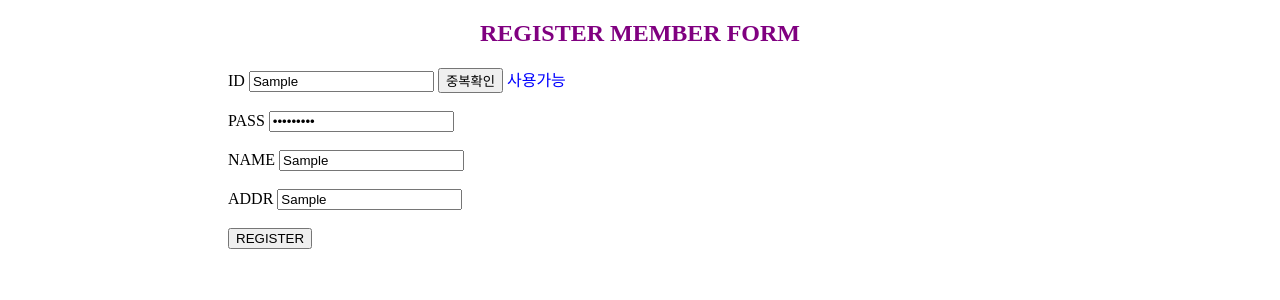
Repository: Niftrone/Kosa_Webs
Page: http://localhost/web16_CafeMember/register.jsp
An editor plug-in stored every save of this project. The page is shown before and after the next save, followed by the edit.
The browser window is 1280 px wide. The pictures show the whole page.
Empty fields were first filled with sample values (such as "Sample", 5 or name@example.com).
After loading, the first visible `#idCheck` was clicked once.
The page is served by Tomcat 9. Other server files are loaded and not shown. Queries for data that is not in the repository find no rows.

Above is the page before, as saved 2025-07-07 08:07:42.

### web16_CafeMember/src/main/webapp/register.jsp
<%@ page language="java" contentType="text/html; charset=UTF-8"
    pageEncoding="UTF-8"%>
<!DOCTYPE html>
<html>
<head>
<meta charset="UTF-8">
<title>Insert title here</title>
<style type="text/css">
	h2{
		text-align: center;
		color: purple;
	}
	#wrap{
		margin-left: 220px;
	}
</style>
<script	src="https://ajax.googleapis.com/ajax/libs/jquery/3.6.0/jquery.min.js"></script>
<script>
$(function(){
	$('#idCheck').on('click', function(){
		let userId = $('#id').val();
		$.ajax({
			// 요청
			type: 'post',
			url: 'idExist.do',
			data: {'id': userId},

			success: function(data){
				if(data == true){
					$('#resultView').html("<span style='color: crimson;'>사용불가</span>");
				} else {
					$('#resultView').html("<span style='color: blue;'>사용가능</span>");
				}
			},
			error: function(xhr, status, error){

				$('#resultView').html("<span style='color: red;'>오류 발생: " + error + "</span>");
			}
		});
	});
});
</script>
</head>
<body>
<h2>REGISTER MEMBER FORM</h2>
<div id="wrap">
	<form action="register.do" method="post">

		ID <input type="text" id="id" name="id" required="required">
		<input type="button" value="중복확인" id="idCheck"/>
		<span id="resultView"></span><br><br>
		PASS <input type="password" name="password" required="required"><br><br>
		NAME <input type="text" name="name"><br><br>
		ADDR <input type="text" name="address"><br><br>
		<input type="submit" value="REGISTER">
	</form>
</div>
</body>
</html>

### web16_CafeMember/src/main/java/web/servlet/controller/DispatcherServlet.java
package web.servlet.controller;

import java.io.IOException;
import javax.servlet.ServletException;
import javax.servlet.annotation.WebServlet;
import javax.servlet.http.HttpServlet;
import javax.servlet.http.HttpServletRequest;
import javax.servlet.http.HttpServletResponse;

//확장자가 .do로 들어오는 모든 요청은 DispatcherServlet이 받는다!!
@WebServlet("*.do")
public class DispatcherServlet extends HttpServlet {
	private static final long serialVersionUID = 1L;

	protected void doGet(HttpServletRequest request, HttpServletResponse response) throws ServletException, IOException {
		doProcess(request, response);
	}

	protected void doPost(HttpServletRequest request, HttpServletResponse response) throws ServletException, IOException {
		doProcess(request, response);
	}
	/*
	 이전 방식과는 다른 방식으로 command값을 받아보자
	 hidden태그 방식이 아닌
	 들어온 요청을 집적 받아서 command값으로 연결.
	 */
	protected void doProcess(HttpServletRequest request, HttpServletResponse response) throws ServletException, IOException {
		String requestURI=request.getRequestURI();// web16_CafeMember_FactoryPattern/find.do
		System.out.println("getRequestURI() =>"+requestURI);

		String contextPath=request.getContextPath(); //web16_CafeMember_FactoryPattern
		System.out.println("getContextPath() =>"+contextPath);

		String command = requestURI.substring(contextPath.length()+1);
		System.out.println("command =>"+command);//update.do

		//1. command값을 주고 Controller를 반환
		Controller controller=HandlerMapping.getInstance().createController(command);

		//2. Controller의 기능을 호출...FindController가 실행...ModelAndView를 반환
		ModelAndView mv = null;
		String path = "index.jsp";
		try {
			mv=controller.handleRequest(request, response);

			if(mv != null) {
				path = mv.getPath();
				if(mv.isRedirect()) response.sendRedirect(path);
				else request.getRequestDispatcher(path).forward(request, response);
			}
		}catch(Exception e) {
			System.out.println(e);
		}
	}

}

### web16_CafeMember/src/main/java/web/servlet/controller/HandlerMapping.java
package web.servlet.controller;

//이전의 ControllerFactory이름으로 만들었던 클래스!!
//Component를 생성하는 공장의 역할
//싱글톤 패턴으로 생성..
public class HandlerMapping {
	 private static HandlerMapping factory = new HandlerMapping();
	 private HandlerMapping() {}
	 public static HandlerMapping getInstance() {
		 return factory;
	 }

	 //Component를 생성하는 기능..
	 public Controller createController(String command) {
		 Controller controller = null;
		 if(command.equals("find.do")) {
			 controller = new FindController();
			 System.out.println("FindController...생성...");
		 }else if(command.equals("register.do")) {
			 controller = new RegisterController();
			 System.out.println("RegisterController...생성...");
		 }else if(command.equals("login.do")) {
			 controller = new LoginController();
			 System.out.println("LoginController...생성...");
		 }else if(command.equals("allMember.do")) {
			 controller = new AllMemberController();
			 System.out.println("AllMemberController...생성...");
		 }else if(command.equals("logout.do")) {
			 controller = new LogoutController();
			 System.out.println("LogoutController...생성...");
		 }else if(command.equals("update.do")) {
			 controller = new UpdateController();
			 System.out.println("UpdateController...생성...");
		 }else if(command.equals("idExist.do")) {
			 controller = new IdExistController();
			 System.out.println("IdExistController...생성...");
		 }
		 return controller;
	 }
}

### web16_CafeMember/src/main/java/web/servlet/controller/Controller.java
package web.servlet.controller;

import javax.servlet.http.HttpServletRequest;
import javax.servlet.http.HttpServletResponse;

public interface Controller {

	ModelAndView handleRequest(HttpServletRequest request, HttpServletResponse response) throws Exception;

}

### web16_CafeMember/src/main/java/web/servlet/controller/IdExistController.java
package web.servlet.controller;

import java.io.PrintWriter;
import java.util.logging.Level;
import java.util.logging.Logger;

import javax.servlet.http.HttpServletRequest;
import javax.servlet.http.HttpServletResponse;

import web.servlet.model.MemberDAOImpl;

public class IdExistController implements Controller {

    // 로깅을 위한 Logger
    private static final Logger logger = Logger.getLogger(IdExistController.class.getName());

    @Override
    public ModelAndView handleRequest(HttpServletRequest request, HttpServletResponse response) throws Exception {
        String id = request.getParameter("id").trim();

        try {
            // MemberDAOImpl에서 idExist 메서드 호출하여 아이디 존재 여부 확인
            boolean flag = MemberDAOImpl.getInstance().idExist(id);

            // PrintWriter를 통해 flag 값 응답
            PrintWriter out = response.getWriter();
            out.print("{\"idExist\": " + flag + "}"); // JSON 형식으로 출력
            out.flush();

        } catch (Exception e) {
            // 예외가 발생하면 로그를 기록하고 에러 응답을 반환
            logger.log(Level.SEVERE, "Error checking if ID exists", e);

            response.setStatus(HttpServletResponse.SC_INTERNAL_SERVER_ERROR);
            response.getWriter().write("{\"error\": \"Internal Server Error\"}");
        }

        return null; // ModelAndView 사용 안 함
    }
}

### web16_CafeMember/src/main/java/web/servlet/model/MemberDAO.java
package web.servlet.model;

import java.sql.Connection;
import java.sql.PreparedStatement;
import java.sql.ResultSet;
import java.sql.SQLException;
import java.util.ArrayList;

public interface MemberDAO {
	// 공통적인 로직 템플릿
	Connection getConnect() throws SQLException;
	void closeAll(PreparedStatement ps, Connection conn)throws SQLException;
	void closeAll(ResultSet rs,PreparedStatement ps, Connection conn)throws SQLException;

	//비지니스 로직 템플릿
	void registerMember(Member vo) throws SQLException;
	ArrayList<Member> showAllMember() throws SQLException;
	Member findByIdMember(String id) throws SQLException;
	Member login(String id, String password)throws SQLException;

	//update 추가
	void updateMember(Member vo) throws SQLException;

	//idExist 추가
	boolean idExist(String id) throws SQLException;
}

### web16_CafeMember/src/main/java/web/servlet/model/MemberDAOImpl.java
package web.servlet.model;

import java.sql.Connection;
import java.sql.DriverManager;
import java.sql.PreparedStatement;
import java.sql.ResultSet;
import java.sql.SQLException;
import java.util.ArrayList;

import javax.naming.InitialContext;
import javax.naming.NamingException;
import javax.sql.DataSource;
/*
 * Connection 반환하는 방식이
 * DriverManager방식이 아닌 DataSource방식으로 진행..
 * Naming(JNDI) Service가 사용된다.
 * ::
 * 1) DataSource를 먼저 받아온 다음에
 * 2) 1)번 안에 있는 미리 만들어져있는 Connection을 하나 Rent해 와서 사용할 것이다.
 */
public class MemberDAOImpl implements MemberDAO{
    //추가...
	private DataSource ds;

	//싱글톤
	private static MemberDAOImpl  dao = new MemberDAOImpl();
	private MemberDAOImpl() {
		//Naming Service작업을 진행..
		try {
			InitialContext ic = new InitialContext();
			ds = (DataSource)ic.lookup("java:comp/env/jdbc/mysql");
			System.out.println("DataSource lookup...Success~~!!");
		}catch(NamingException e) {
			System.out.println("DataSource lookup...Fail~~!!");
		}
	}
	public static MemberDAOImpl getInstance() {
		return dao;
	}
	//공통적인 로직
	@Override
	public Connection getConnect() throws SQLException {
		System.out.println("디비 연결 성공...");
		return ds.getConnection();//Pool 에서 하나씩 꺼내오는 방식..
	}

	@Override
	public void closeAll(PreparedStatement ps, Connection conn) throws SQLException {
		if(ps!=null) ps.close();
		if(conn!=null) conn.close();
	}

	@Override
	public void closeAll(ResultSet rs, PreparedStatement ps, Connection conn) throws SQLException {
		if(rs!=null) rs.close();
		closeAll(ps,conn);
	}

	@Override
	public void registerMember(Member vo) throws SQLException {
		Connection conn = null;
		PreparedStatement ps = null;
		try {
			conn = getConnect();
			String query = "INSERT INTO member (id,password, name, address) VALUES(?,?,?,?)";
			ps = conn.prepareStatement(query);
			ps.setString(1, vo.getId());
			ps.setString(2, vo.getPassword());
			ps.setString(3, vo.getName());
			ps.setString(4, vo.getAddress());

			System.out.println(ps.executeUpdate()+" 명 등록");
		}finally {
			closeAll(ps, conn);
		}

	}

	@Override
	public ArrayList<Member> showAllMember() throws SQLException {
		Connection conn = null;
		PreparedStatement ps = null;
		ResultSet rs = null;
		ArrayList<Member> list = new ArrayList<Member>();

		try {
			conn = getConnect();
			String query = "SELECT id, password, name, address FROM member";
			ps = conn.prepareStatement(query);
			rs = ps.executeQuery();
			while(rs.next()) {
				list.add(new Member(rs.getString("id"),
									rs.getString("password"),
									rs.getString("name"),
									rs.getString("address")));
			}
		}finally {
			closeAll(rs, ps, conn);
		}
		return list;
	}

	@Override
	public Member findByIdMember(String id) throws SQLException {
		Connection conn = null;
		PreparedStatement ps = null;
		ResultSet rs = null;
		Member vo = null;
		try {
			conn=  getConnect();
			String query = "SELECT id, password, name, address FROM member  WHERE id=?";
			ps = conn.prepareStatement(query);
			ps.setString(1, id);

			rs=  ps.executeQuery();
			if(rs.next()) {
				vo = new Member(id,
						        rs.getString("password"),
						        rs.getString("name"),
						        rs.getString("address"));
			}
		}finally {
			closeAll(rs, ps, conn);
		}
		return vo;
	}

	@Override
	public Member login(String id, String pass) throws SQLException {
		Connection conn = null;
		PreparedStatement ps = null;
		ResultSet rs = null;
		Member vo = null;
		try {
			conn = getConnect();
			String query = "SELECT id, password, name, address FROM member WHERE id=? AND password=?";
			ps = conn.prepareStatement(query);
			ps.setString(1, id);
			ps.setString(2, pass);
			rs = ps.executeQuery();
			if(rs.next()) {
				vo = new Member(id,
						        pass,
						        rs.getString("name"),
						        rs.getString("address"));
			}
		}finally {
			closeAll(rs, ps, conn);
		}
		return vo;
	}
	@Override
	public void updateMember(Member vo) throws SQLException {
		Connection conn = null;
		PreparedStatement ps = null;
		try {
			conn = getConnect();
			String query = "UPDATE member SET password=?, name=?, address=? WHERE id=?";
			ps = conn.prepareStatement(query);

			ps.setString(1, vo.getPassword());
			ps.setString(2, vo.getName());
			ps.setString(3, vo.getAddress());
			ps.setString(4, vo.getId());

			System.out.println(ps.executeUpdate()+" row UPDATE OK~~~");
		}finally {
			closeAll(ps, conn);
		}

	}
	@Override
	public boolean idExist(String id) throws SQLException {
		Connection conn = null;
		PreparedStatement ps = null;
		ResultSet rs = null;
		boolean as = false;
		try {
			conn = getConnect();
			String query = "Select id FROM member where id=?";
			ps = conn.prepareStatement(query);
			ps.setString(1, id);
			rs= ps.executeQuery();
			as = rs.next();

		} catch (Exception e) {
			closeAll(rs, ps, conn);
		}

		return as;
	}



}//class

After the next save:
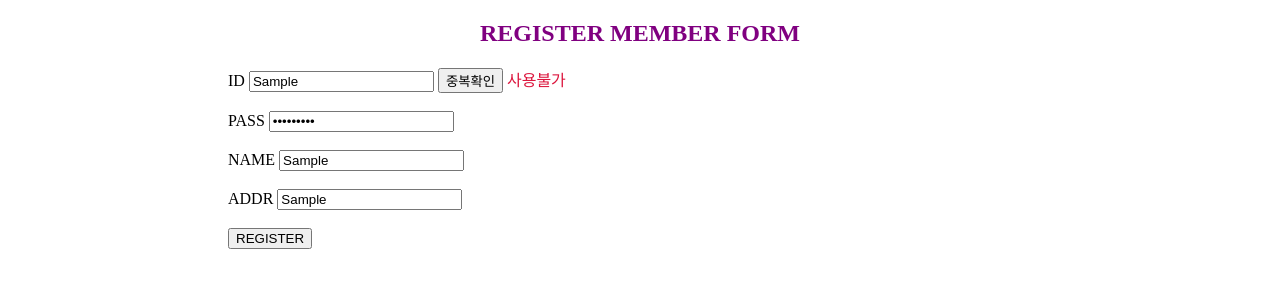
Saved 21 s later.
--- a/web16_CafeMember/src/main/webapp/register.jsp
+++ b/web16_CafeMember/src/main/webapp/register.jsp
@@ -26,7 +26,7 @@
 			data: {'id': userId},
 
 			success: function(data){
-				if(data == true){
+				if(data){
 					$('#resultView').html("<span style='color: crimson;'>사용불가</span>");
 				} else {
 					$('#resultView').html("<span style='color: blue;'>사용가능</span>");

After the 2 saves that followed:
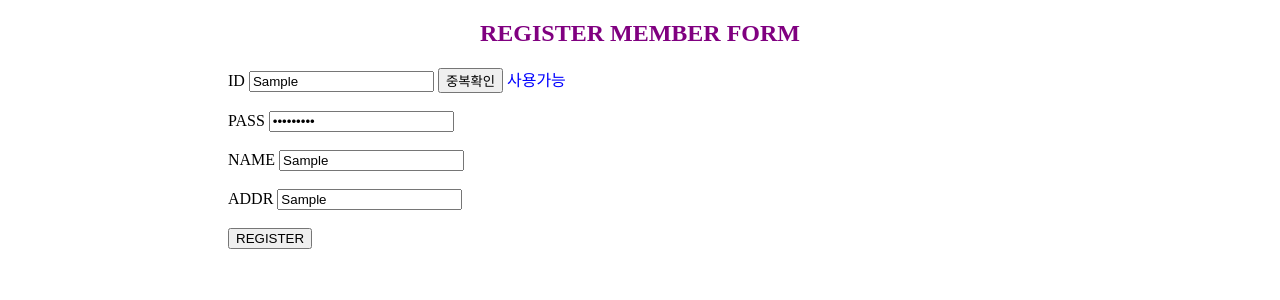
The 2 saves are shown as one change because 1 left the picture as it was.
The last was saved 118 s later.
--- a/web16_CafeMember/src/main/webapp/register.jsp
+++ b/web16_CafeMember/src/main/webapp/register.jsp
@@ -26,7 +26,7 @@
 			data: {'id': userId},
 
 			success: function(data){
-				if(data){
+				if(data == true){
 					$('#resultView').html("<span style='color: crimson;'>사용불가</span>");
 				} else {
 					$('#resultView').html("<span style='color: blue;'>사용가능</span>");
